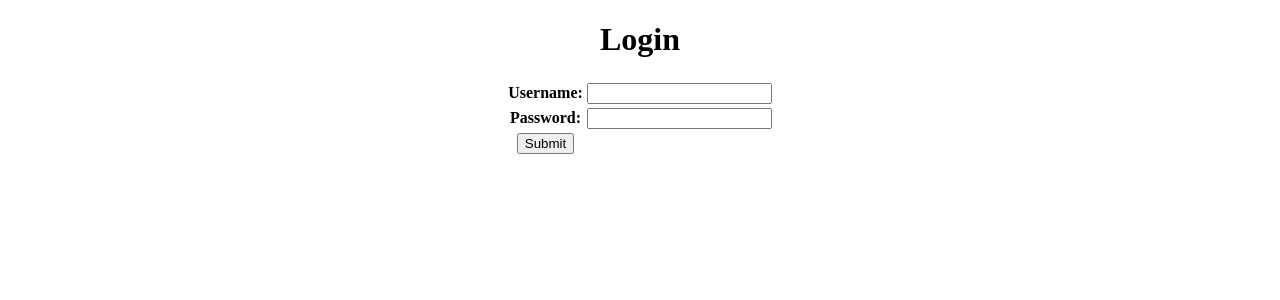
Repository: Sourabhmag/week-5
Page: http://localhost/LoginApp/login.jsp
The author's editor kept a copy of each file at every save. The page is drawn from the files as they stood at one save, then again after the next save.
The browser window is 1280 px wide. The pictures show the whole page.
The page is served by Tomcat 9. Other server files are loaded and not shown.

Above is the page before, as saved 2019-11-06 10:30:25.

### LoginApp/WebContent/login.jsp
<%@ page language="java" contentType="text/html; charset=UTF-8"
	pageEncoding="UTF-8"%>
<!DOCTYPE html>
<html>
<head>
<style type="text/css">
	form {text-align:center;}
	table {text-align:center;}
	tr {text-align:center;}
	th {text-align:center;}
	h1 {text-align:center;}
</style>
<meta charset="UTF-8">
<title>Welcome to my Website</title>
</head>
<body>
	<h1>Login</h1>
	<form>
	<table align="center">
		<tr><th >Username:</th> <th ><input type="text" name="firstname"></th></tr>
		<tr><th >Password:</th> <th ><input type="password" name="firstname"></th></tr>
		<tr><th align="center" ><input type="submit" name="submit"></th></tr>






		</table>
	</form>
</body>
</html>

After the next save:
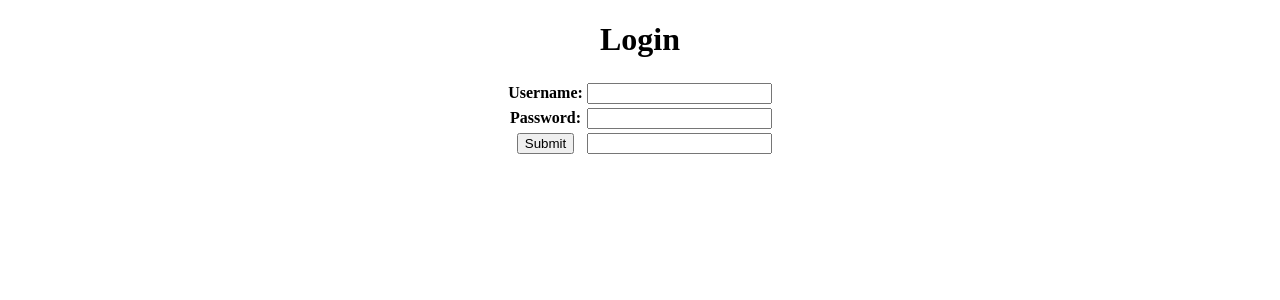
Saved 101 s later.
--- a/LoginApp/WebContent/login.jsp
+++ b/LoginApp/WebContent/login.jsp
@@ -19,7 +19,8 @@
 	<table align="center">
 		<tr><th >Username:</th> <th ><input type="text" name="firstname"></th></tr>
 		<tr><th >Password:</th> <th ><input type="password" name="firstname"></th></tr>
-		<tr><th align="center" ><input type="submit" name="submit"></th></tr>
+		<tr><th align="left" ><input type="submit" name="submit"></th>
+		<th align="right" ><input type="Clear" name="clear"></th></tr>
 
 
 

After the save that followed:
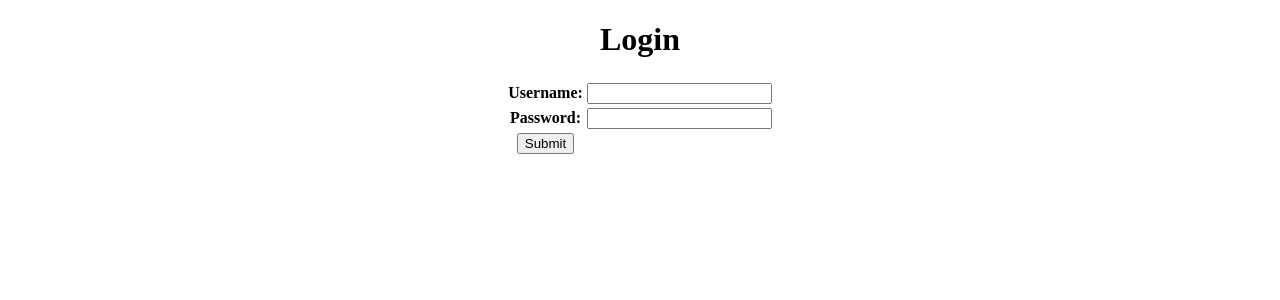
Saved 42 s later.
--- a/LoginApp/WebContent/login.jsp
+++ b/LoginApp/WebContent/login.jsp
@@ -19,8 +19,7 @@
 	<table align="center">
 		<tr><th >Username:</th> <th ><input type="text" name="firstname"></th></tr>
 		<tr><th >Password:</th> <th ><input type="password" name="firstname"></th></tr>
-		<tr><th align="left" ><input type="submit" name="submit"></th>
-		<th align="right" ><input type="Clear" name="clear"></th></tr>
+		<tr><th align="center" ><input type="submit" name="submit"></th></tr>
 
 
 
